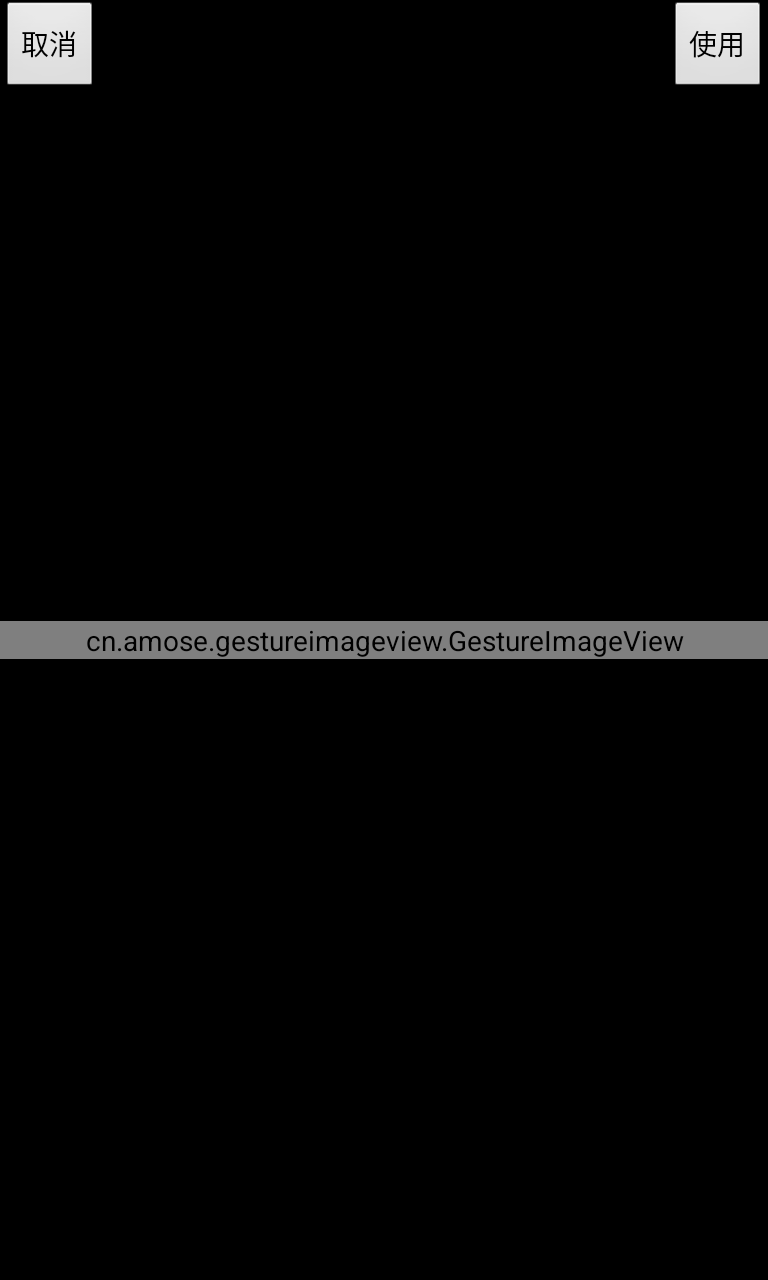
Repository: ligl/YuZhong
Layout: YuZhong/res/layout/image_crop.xml
An editor plug-in stored every save of this project. The layout is shown before and after the next save, followed by the edit.
Pictures or frames that could not be fetched are drawn as grey boxes. It is drawn on a 768 x 1280 px phone screen (xhdpi) without system bars, with theme android:Theme.Black.NoTitleBar; the app's code is not run.

Above is the layout before, as saved 2012-08-04 19:26:44.

After the next save:
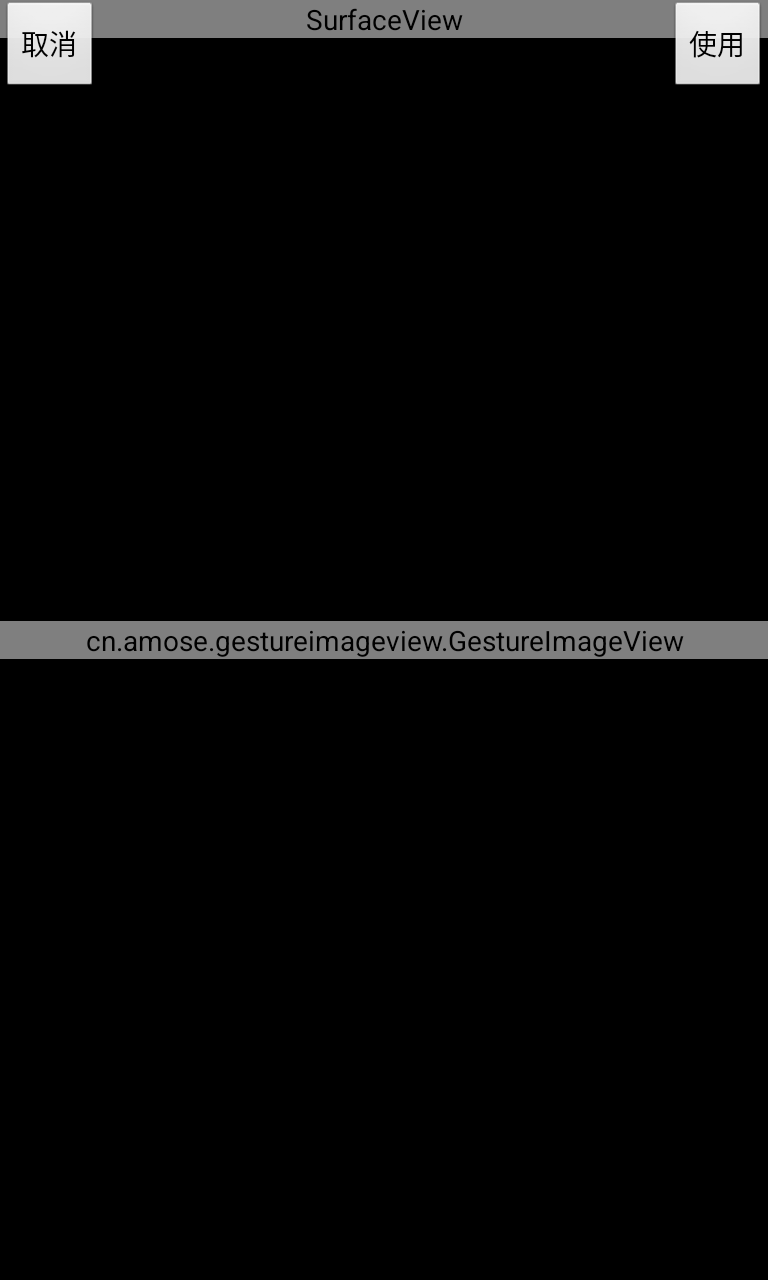
Saved 16 s later.
--- a/YuZhong/res/layout/image_crop.xml
+++ b/YuZhong/res/layout/image_crop.xml
@@ -13,7 +13,8 @@
         gesture-image:max-scale="10.0"
         gesture-image:min-scale="0.75" />
 
-    <SurfaceView />
+    <SurfaceView android:layout_width="fill_parent"
+        android:layout_height="wrap_content"/>
 
     <RelativeLayout
         android:layout_width="match_parent"
